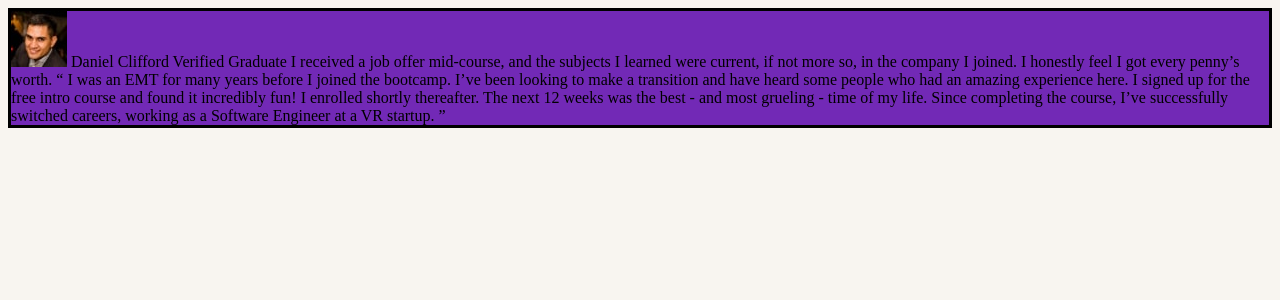
Repository: MagedElRefaey/Grid-Project
Page: Task.html
An editor plug-in stored every save of this project. The page is shown before and after the next save, followed by the edit.
The browser window is 1280 px wide. The pictures show the whole page.

Above is the page before, as saved 2024-09-13 19:37:49.

After the next save:
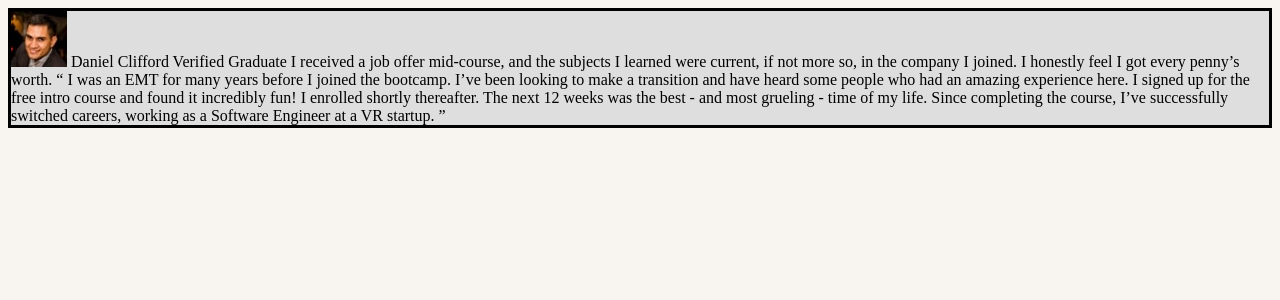
Saved 9 s later.
--- a/Style.css
+++ b/Style.css
@@ -5,5 +5,5 @@ body{
 .David{
     height: 100%;
     border: 3px solid black;
-    background-color: rgb(114, 41, 182);
+    background-color: rgb(222, 222, 223);
 }
